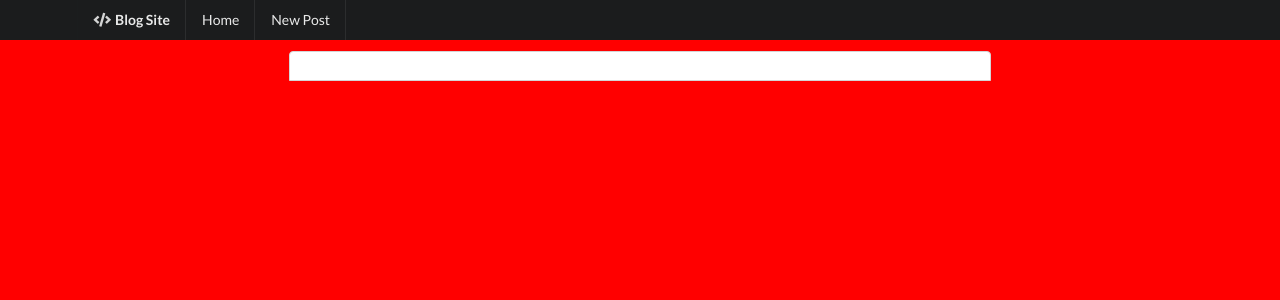
Repository: HuakunShen/LearnWeb
Page: http://localhost/blogs
The author's editor kept a record of every edit. The page is drawn from the files as they stood at one moment, then again after the next edit.
The browser window is 1280 px wide. The pictures show the whole page.
The page is served by the project's Node server (BlogApp/app.js). Queries for data that is not in the repository find no rows.

Above is the page before.

### workspace/BlogApp/views/index.ejs
<%include ./partials/header%>
<style>
    h1 {
        margin-top: 2em;
    }
</style>
<div class="ui main text container">
    <div class="ui huge header">Blog App</div>
    <div class="ui top attached segment">
        <div class="ui divided items">
            <% blogs.forEach(function(blog){%>
                <div class="item">
                    <div class="image">
                        <img src="<%= blog.image %>">
                    </div>
                    <h2><%= blog.title %></h2>

                    <span><%=blog.created%></span>
                    <p><%=blog.body.substring(0, 100)%>...</p>
                    <a href="/blogs/<%=blog._id%>">Read More</a>
                </div>

            <% }) %>
        </div>
    </div>
</div>



<%include ./partials/footer%>

### workspace/BlogApp/views/partials/header.ejs
<html>
    <head>
        <title>Blog App</title>
        <link rel="stylesheet" href="https://cdnjs.cloudflare.com/ajax/libs/semantic-ui/2.4.1/semantic.min.css" />
        <link rel="stylesheet" type="text/css" href="/stylesheets/app.css">

    </head>
    <body>
        <div class="ui fixed inverted menu">
            <div class="ui container">
                <div class="header item"><i class="code icon"></i>Blog Site</div>
                <a href="/" class="item">Home</a>
                <a href="/blogs/new" class="item">New Post</a>
            </div>

        </div>

### workspace/BlogApp/app.js
const express = require("express"),
app = express(),
methodOverride = require("method-override"),
bodyParser = require("body-parser"),
mongoose = require("mongoose");

mongoose.connect("mongodb://localhost:27017/blog_app", { useNewUrlParser: true });
app.set("view engine", "ejs");
app.use(express.static("public"));
// app.use('/public', express.static("public"));
app.use(bodyParser.urlencoded({extended: true}));
app.use(methodOverride("_method"));

//Mongoose model config
const blogSchema = new mongoose.Schema({
    title: String,
    image: String,
    body: String,
    created: {type: Date, default: Date.now}
});

const Blog = mongoose.model("Blog", blogSchema);

// Blog.create({
//     title: "Motor",
//     image: "https://images.unsplash.com/photo-1558981420-bf351ce8e3ca?ixlib=rb-1.2.1&ixid=eyJhcHBfaWQiOjEyMDd9&auto=format&fit=crop&w=600&q=60",
//     body: "Hello Motor"
// });



// RESTful Routes
app.get("/", function(req, res){
    res.redirect("/blogs");
});

// Index Route
app.get("/blogs", function(req, res){
    Blog.find({}, function(err, blogs){
        if(err){
            console.log("Error!");
        } else {
            res.render("index", {blogs: blogs});
        }
    });
});

//New Route
app.get("/blogs/new", function(req, res){
    res.render("new");
});

// Create Route
app.post("/blogs", function(req, res){
    // create blog
    Blog.create(req.body.blog, function(err, newBlog){
        if(err) {
            res.render("new");
        } else {
            res.redirect("/blogs");
        }
    });
});

//Show Route
app.get("/blogs/:id", function(req, res) {
    Blog.findById(req.params.id, function(err, foundBlog){
        if(err) {
            res.redirect("/blogs");
        } else {
            res.render("show", {blog: foundBlog});
        }
    })
});

// Edit Route
app.get("/blogs/:id/edit", function(req, res){
    Blog.findById(req.params.id, function(err, foundBlog){
        if(err) {
            res.redirect("/blogs");
        } else {
            res.render("edit", {blog: foundBlog});
        }
    });
});

// Update Route
app.put("/blogs/:id", function(req, res){
    Blog.findByIdAndUpdate(req.params.id, req.body.blog, function(err, updatedBlog){
        if(err) {
            res.redirect("/blogs");
        } else {
            res.redirect("/blogs/" + req.params.id);
        }
    })
});

//Destroy Route
app.delete("/blogs/:id", function(req, res){
    // destroy blog
    Blog.findByIdAndRemove(req.params.id, function(err){
        if(err){
            res.redirect("/blogs");
        } else {
            res.redirect("/blogs");
        }
    })
    // redirect
});








app.listen(process.env.PORT, process.env.IP, function() {
    console.log("Server is Running");
});

### workspace/BlogApp/public/stylesheets/app.css
i .icon {
    font-size: 2em;
}

body {
    background-color: red;
}

Loaded but not shown: workspace/BlogApp/views/partials/footer.ejs (common file)

After the next edit:
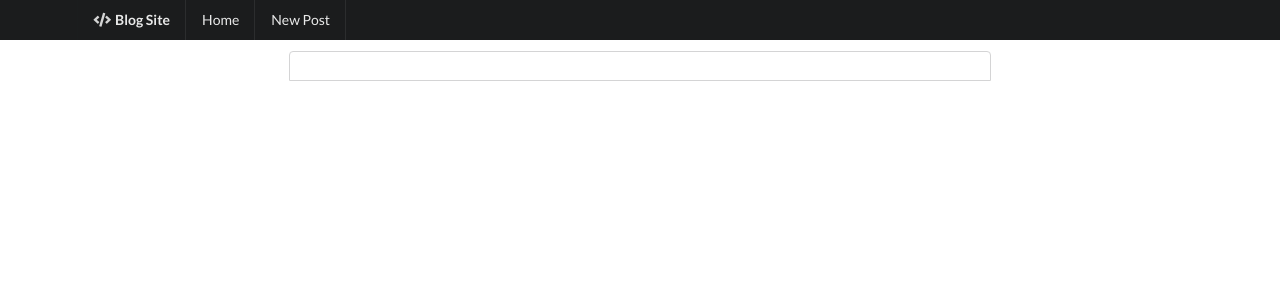
The edit:
--- a/workspace/BlogApp/public/stylesheets/app.css
+++ b/workspace/BlogApp/public/stylesheets/app.css
@@ -1,7 +1,3 @@
 i .icon {
     font-size: 2em;
 }
-
-body {
-    background-color: red;
-}
